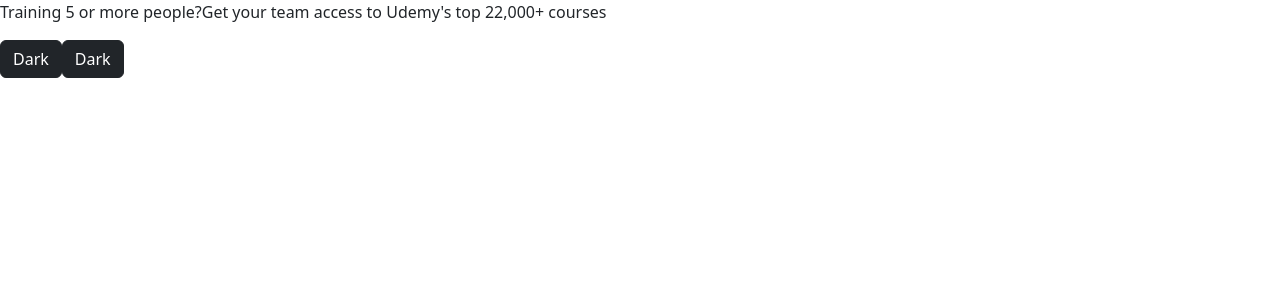
Repository: Taniafdes/newProject
Page: /division/division
An editor plug-in stored every save of this project. The page is shown before and after the next save, followed by the edit.
The browser window is 1280 px wide. The pictures show the whole page.
The project was rebuilt for these pictures with package versions that can differ from the ones it lists, and the page was loaded fresh each time. The framework's server and built-in components were replaced by stand-ins that run in the browser. Also part of the build but not shown: next.config.js.

Above is the page before, as saved 2023-06-15 15:47:05.

### pages/_app.js
import Head from "next/head";
import Script from "next/script";
import 'bootstrap/dist/css/bootstrap.css'
import 'bootstrap/dist/css/bootstrap.min.css'
function MyApp({ Component, pageProps }) {
  return (
    <>
      <Head>
        <meta name="viewport" content="width=device-width, initial-scale=1" />
      </Head>

      <Script
        src="https://cdn.jsdelivr.net/npm/bootstrap@5.0.0-beta1/dist/js/bootstrap.bundle.min.js"
        integrity="sha384-ygbV9kiqUc6oa4msXn9868pTtWMgiQaeYH7/t7LECLbyPA2x65Kgf80OJFdroafW"
        crossOrigin="anonymous"
      />
      <Component {...pageProps} />
    </>
  );
}
export default MyApp;

### pages/division/division.js
import React from 'react'
import { Container } from 'react-bootstrap';
import Button from 'react-bootstrap/Button';

const division = () => {
  return (
   <div className='flex'>
       <p>Training 5 or more people?Get your team access to Udemy's top 22,000+ courses</p>
<Button variant="dark">Dark</Button>
<Button variant="dark">Dark</Button>
</div>

  )
}

export default division

After the next save:
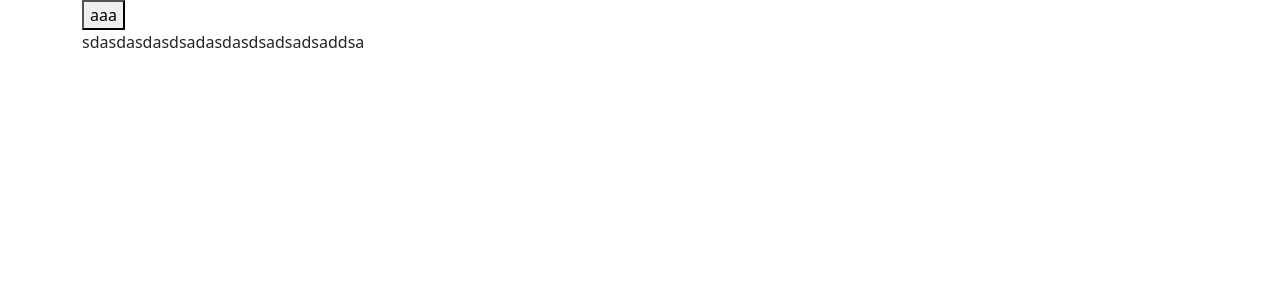
Saved 39 s later.
--- a/pages/division/division.js
+++ b/pages/division/division.js
@@ -4,10 +4,9 @@
 
 const division = () => {
   return (
-   <div className='flex'>
-       <p>Training 5 or more people?Get your team access to Udemy's top 22,000+ courses</p>
-<Button variant="dark">Dark</Button>
-<Button variant="dark">Dark</Button>
+    <div class="container">
+    <button>aaa</button>
+    <div class="text">sdasdasdasdsadasdasdsadsadsaddsa</div>
 </div>
 
   )
